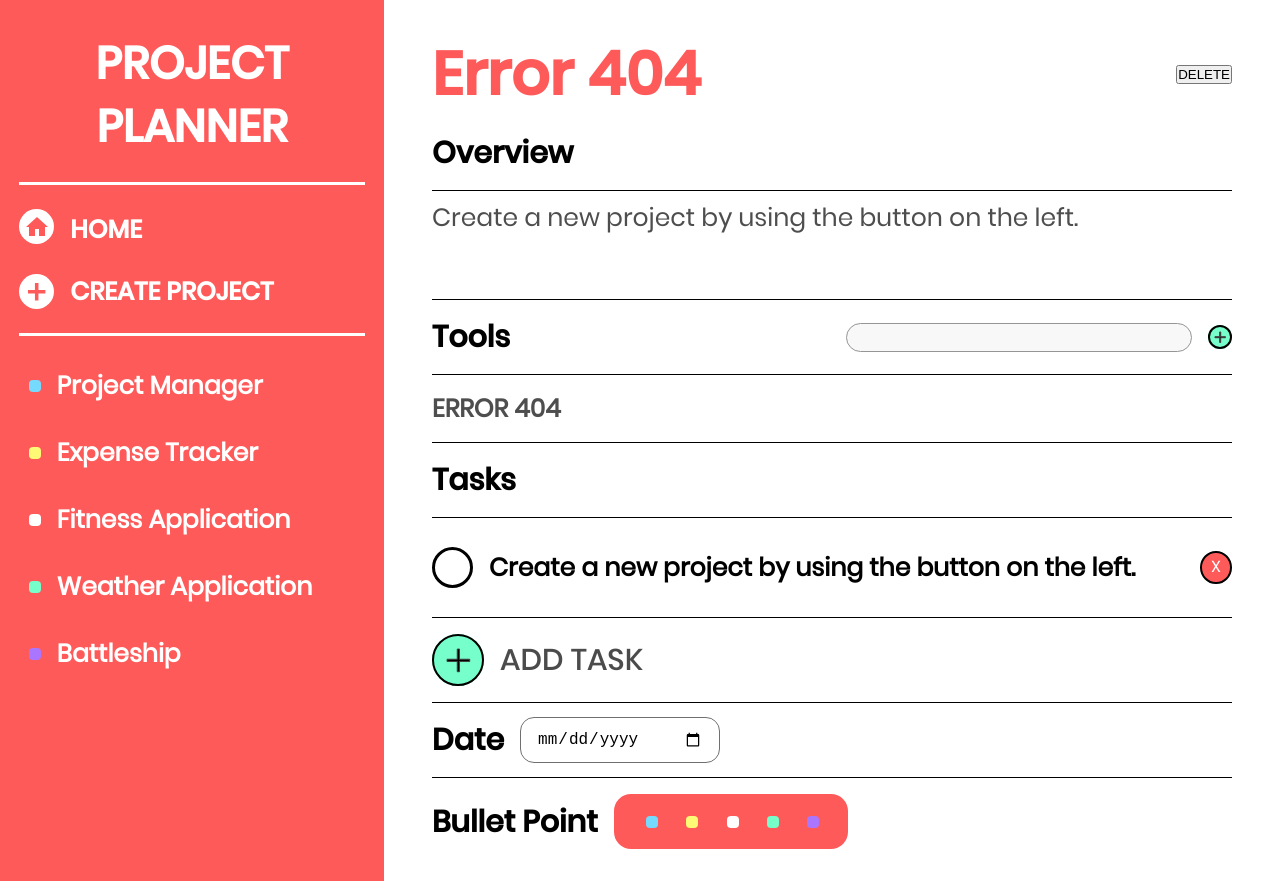
Repository: AzharMoosa/project-manager
Page: /project
The author's editor kept a copy of each file at every save. The page is drawn from the files as they stood at one save, then again after the next save.
The browser window is 1280 px wide. The pictures show the whole page.
The project was rebuilt for these pictures with package versions that can differ from the ones it lists, and the page was loaded fresh each time. A package was used in the major version that the imports need, not the one package.json lists. Also part of the build but not shown: src/components/home/ProgressBar.js, src/components/home/ProjectProgress.js, src/components/home/Home.js.

Above is the page before, as saved 2020-06-25 14:06:54.

### public/index.html
<!DOCTYPE html>
<html lang="en">
  <head>
    <meta charset="utf-8" />
    <link rel="icon" href="%PUBLIC_URL%/favicon.ico" />
    <meta name="viewport" content="width=device-width, initial-scale=1" />
    <meta name="theme-color" content="#000000" />
    <meta
      name="description"
      content="Web site created using create-react-app"
    />
    <link rel="apple-touch-icon" href="%PUBLIC_URL%/logo192.png" />

    <link rel="manifest" href="%PUBLIC_URL%/manifest.json" />

    <title>Project Planner</title>
  </head>
  <body>
    <noscript>You need to enable JavaScript to run this app.</noscript>
    <div id="root"></div>
  </body>
</html>

### src/App.js
import React from "react";
import Sidebar from "./components/sidebar/Siebar";
import Main from "./components/Main";
import Modal from "./components/modal/Modal";
import { ProjectProvider } from "./ProjectContext";
import { SelectedProjectProvider } from "./SelectedProjectContext";
import { BrowserRouter } from "react-router-dom";

import "./App.css";

function App() {
  return (
    <BrowserRouter>
      <ProjectProvider>
        <SelectedProjectProvider>
          <div className='container'>
            <Sidebar />
            <Main />
            <Modal />
          </div>
        </SelectedProjectProvider>
      </ProjectProvider>
    </BrowserRouter>
  );
}

export default App;

### src/components/sidebar/Siebar.js
import React from "react";
import Header from "./Header";
import ProjectList from "../project-list/ProjectList";

const Siebar = () => {
  return (
    <div className='sidebar'>
      <Header />
      <ProjectList />
    </div>
  );
};

export default Siebar;

### src/components/Main.js
import React from "react";
import { Switch, Route } from "react-router-dom";
import Home from "./home/Home";
import CurrentProject from "./current-project/CurrentProject";

const Main = () => {
  return (
    <Switch>
      <Route exact path='/' component={Home}></Route>
      <Route exact path='/project' component={CurrentProject}></Route>
    </Switch>
  );
};

export default Main;

### src/components/modal/Modal.js
import React, { useContext, useState } from "react";
import { ProjectContext } from "../../ProjectContext";

const Modal = () => {
  // eslint-disable-next-line
  const [projects, setProjects] = useContext(ProjectContext);
  const [projectTitle, setProjectTitle] = useState("");
  const [projectOverview, setProjectOverview] = useState("");

  const hidePopup = () => {
    let popup = document.querySelector(".create-project-popup");
    popup.classList.add("hide");
  };

  const createProject = (e) => {
    if (projectTitle === "") {
      return;
    }
    e.preventDefault();
    let newProject = {
      name: projectTitle,
      overview: projectOverview,
      tools: [],
      progress: 0,
      tasks: [],
      color: "white",
      date: "",
      id: Math.floor(Math.random() * 100),
    };
    setProjects((projects) => [...projects, newProject]);
    setProjectTitle("");
    setProjectOverview("");
    clearTitleInput();
    clearOverviewInput();
    hidePopup();
  };

  const clearTitleInput = () => {
    let titleInput = document.querySelector(".title-input");
    titleInput.value = "";
  };

  const clearOverviewInput = () => {
    let overviewInput = document.querySelector(".overview-input");
    overviewInput.value = "";
  };

  return (
    <div className='create-project-popup hide'>
      <div className='create-project-popup-content'>
        <h1>CREATE PROJECT</h1>
        <form className='form-input'>
          <label htmlFor='title'>PROJECT TITLE</label>
          <input
            type='text'
            onChange={(e) => setProjectTitle(e.target.value)}
            className='title-input'
          />
          <label htmlFor='title'>PROJECT OVERVIEW</label>
          <textarea
            type='text'
            onChange={(e) => setProjectOverview(e.target.value)}
            className='overview-input'
          />
          <button className='create-btn' onClick={createProject}>
            CREATE
          </button>
        </form>
      </div>
    </div>
  );
};

export default Modal;

### src/ProjectContext.js
import React, { useState, createContext } from "react";

export const ProjectContext = createContext();

export const ProjectProvider = (props) => {
  const [projects, setProjects] = useState([
    {
      name: "Project Manager",
      overview:
        "A project management application which allows you to plan personal projects and track its progress.  Create detail plans of projects before developing projects.",
      tools: ["HTML", "CSS", "JAVASCRIPT", "REACT"],
      progress: 57,
      tasks: [
        { task: "Create Project Plans", complete: true, id: 1 },
        { task: "Todo List for Each Project", complete: false, id: 2 },
        { task: "Track Progress", complete: true, id: 3 },
        { task: "Priority List", complete: true, id: 4 },
        { task: "Choose Tools In Each Project", complete: false, id: 5 },
        { task: "Clean And Simple Design", complete: true, id: 6 },
        { task: "Use REACT", complete: false, id: 7 },
      ],
      color: "blue",
      date: "2020-06-26",
      id: 28392,
    },

    {
      name: "Expense Tracker",
      overview:
        "A expense tracker application which allows you to budget and track your savings.  Track what expenses you have.",
      tools: ["HTML", "CSS", "JAVASCRIPT", "REACT"],
      progress: 60,
      tasks: [
        { task: "Expenses In And Out", complete: true, id: 1 },
        { task: "Current Balance", complete: false, id: 2 },
        { task: "Highest Money Out", complete: true, id: 3 },
        { task: "Clean And Simple Design", complete: true, id: 4 },
        { task: "Use REACT", complete: false, id: 5 },
      ],
      color: "yellow",
      date: "",
      id: 2032,
    },

    {
      name: "Fitness Application",
      overview:
        "A fitness application which can track workouts and meal plans. Plan exercise routines and meal plans all in one hub.",
      tools: [
        "HTML",
        "CSS",
        "JAVASCRIPT",
        "REACT",
        "NODEJS",
        "EXPRESS",
        "MONGODB",
      ],
      progress: 50,
      tasks: [
        { task: "Exercise Plan", complete: true, id: 1 },
        { task: "Diet Plan", complete: false, id: 2 },
        { task: "Clean And Simple Design", complete: true, id: 3 },
        { task: "Use REACT", complete: false, id: 4 },
      ],
      color: "white",
      date: "2020-09-30",
      id: 203234,
    },

    {
      name: "Weather Application",
      overview:
        "A weather application which can track weather and climate. See weather and climate for different locations all around the world.",
      tools: ["HTML", "CSS", "JAVASCRIPT", "REACT", "ADOBE XD"],
      progress: 50,
      tasks: [
        { task: "Weather", complete: true, id: 1 },
        { task: "Temp, Humidity, Pressure", complete: false, id: 2 },
        { task: "Clean And Simple Design", complete: true, id: 3 },
        { task: "Use REACT", complete: false, id: 4 },
      ],
      color: "green",
      date: "2020-16-12",
      id: 20327734,
    },

    {
      name: "Battleship",
      overview: "Battleship created in REACT and using Javascript Testing.",
      tools: ["HTML", "CSS", "JAVASCRIPT", "REACT", "ADOBE XD", "JEST"],
      progress: 100,
      tasks: [
        { task: "Battleship Game", complete: true, id: 1 },
        { task: "Using Testing", complete: true, id: 2 },
        { task: "Clean And Simple Design", complete: true, id: 3 },
        { task: "Use REACT", complete: true, id: 4 },
      ],
      color: "purple",
      date: "",
      id: 2027734,
    },
  ]);

  return (
    <ProjectContext.Provider value={[projects, setProjects]}>
      {props.children}
    </ProjectContext.Provider>
  );
};

### src/SelectedProjectContext.js
import React, { useState, createContext } from "react";

export const SelectedProjectContext = createContext();

export const SelectedProjectProvider = (props) => {
  const [selectedProject, setSelectedProject] = useState({
    name: "Error 404",
    overview: "Create a new project by using the button on the left.",
    tools: ["Error 404"],
    progress: 0,
    tasks: [
      {
        task: "Create a new project by using the button on the left.",
        id: 1,
        complete: false,
      },
    ],
    color: "",
    date: "",
    id: 21,
  });

  return (
    <SelectedProjectContext.Provider
      value={[selectedProject, setSelectedProject]}
    >
      {props.children}
    </SelectedProjectContext.Provider>
  );
};

### src/App.css
:root {
  --red: #ff5a5a;
  --green: #76ffca;
  --blue: #76daff;
  --yellow: #fffa76;
  --purple: #ab76ff;
}

/* CSS RESET */

* {
  margin: 0;
  padding: 0;
  box-sizing: border-box;
}

/* Fonts */

@font-face {
  font-family: "Poppins-Med";
  src: url("./fonts/Poppins-Medium.ttf");
}

@font-face {
  font-family: "Poppins-Reg";
  src: url("./fonts/Poppins-Regular.ttf");
}

/* Body */

body {
  font-family: "Poppins-Reg";
  line-height: 1.4;
}

/* Utilities */

/* Bullet Points */

.white:before,
.blue:before,
.yellow:before,
.green:before,
.purple:before {
  content: " ";
  height: 12px;
  width: 12px;
  margin-right: 1rem;
  border-radius: 4px;
}

.blue:before {
  background-color: var(--blue);
}

.yellow:before {
  background-color: var(--yellow);
}

.green:before {
  background-color: var(--green);
}

.purple:before {
  background-color: var(--purple);
}

.white:before {
  background-color: #fff;
}

/* Container */
.container {
  display: flex;
}

/* Sidebar */
.sidebar {
  width: 30vw;
  background-color: var(--red);
  min-height: 100vh;
  color: #fff;
}

.title {
  font-size: 45px;
  font-family: "Poppins-Med";
  text-align: center;
  padding-top: 2rem;
}

.nav-btns::after,
.nav-btns:before {
  content: " ";
  display: block;
  border-bottom: 3px solid #fff;
  width: 100%;
  margin: 1.5rem auto;
}

.nav-btns {
  width: 90%;
  margin: auto;
}

.home-btn,
.create-project-btn {
  display: flex;
  align-items: center;
  margin-top: 1.5rem;
}

.home-btn h3,
.create-project-btn h3 {
  margin-left: 1rem;
  font-family: "Poppins-Med";
  font-size: 25px;
}

.home-btn svg,
.create-project-btn svg {
  cursor: pointer;
}

/* Home */

.home {
  width: 70vw;
  display: flex;
  flex-direction: column;
}

.home-title {
  font-size: 80px;
  font-family: "Poppins-Med";
  color: var(--red);
  text-align: center;
  margin-top: 1rem;
}

.home-title:after {
  content: " ";
  display: block;
  border-bottom: 5px solid var(--red);
  width: 342px;
  margin: 0 auto 1.5rem auto;
}

/* Selected Project */

.selected-project {
  width: 70vw;
  display: flex;
  flex-direction: column;
  padding: 2rem 3rem;
}

.selected-project-head {
  display: flex;
  align-items: center;
  justify-content: space-between;
}

.selected-project-title {
  color: var(--red);
  font-size: 60px;
  font-family: "Poppins-Med";
}

.selected-project h3 {
  font-size: 30px;
  font-family: "Poppins-Med";
  margin-top: 1rem;
}

.selected-project-heading:after,
.tools:before {
  content: " ";
  display: block;
  border-bottom: 1px solid #000;
  padding: 0.5rem 0;
}

.overview {
  color: #4e4e4e;
  font-size: 25px;
  font-family: "Poppins-Reg";
  padding: 0.5rem 0;
  outline: none;
  border: none;
  resize: none;
}

.tools-head {
  display: flex;
  justify-content: space-between;
  align-items: center;
  border-bottom: 1px solid #000;
  padding-bottom: 1rem;
}

.tools-input {
  margin-top: 1rem;
  display: flex;
  justify-content: center;
  align-items: center;
}

.add-tools {
  width: 346px;
  height: 29px;
  background-color: #f8f8f8;
  border: 1px solid #959595;
  border-radius: 15px;
  margin-right: 1rem;
  font-size: 15px;
  outline: none;
  padding: 0 1rem;
}

.add-tool-btn {
  cursor: pointer;
}

.tools-body {
  text-transform: uppercase;
  border-bottom: 1px solid #000;
}

.tools-body h3 {
  font-family: "Poppins-Reg";
  padding-bottom: 1rem;
  color: #4e4e4e;
  font-size: 25px;
}

.tasks-title {
  display: flex;
  align-items: center;
  border-bottom: 1px solid #000;
  padding-bottom: 1rem;
}

.bullet-point {
  border-radius: 50%;
  width: 41px;
  height: 41px;
  border: 3px solid #000;
  cursor: pointer;
  margin-right: 1rem;
}

.complete {
  background: var(--blue);
}

.not-complete {
  background: #fff;
}

.task {
  display: flex;
  justify-content: space-between;
  align-items: center;
}

.task-name {
  width: 100%;
  display: flex;
  align-items: center;
}

.task-name h3 {
  font-size: 25px;
  font-family: "Poppins-Reg";
  margin-bottom: 1rem;
}

.tasks {
  margin: 1rem 0;
}

.delete-task-btn {
  cursor: pointer;
  border-radius: 50%;
  width: 33px;
  height: 33px;
  border: 2px solid #000;
  cursor: pointer;
  background-color: var(--red);
  color: #fff;
  display: flex;
  justify-content: center;
  align-items: center;
}

.add-tasks {
  border-top: 1px solid #000;
  border-bottom: 1px solid #000;
  padding: 1rem 0;
  display: flex;
  align-items: center;
}

.add-tasks input {
  background: transparent;
  font-family: "Poppins-Med";
  border: none;
  font-size: 30px;
  outline: none;
  color: #000;
  margin-left: 1rem;
}

.add-tasks input::placeholder {
  color: #000;
  opacity: 0.7;
}

.add-tasks-btn {
  cursor: pointer;
  outline: none;
}

.date {
  display: flex;
  align-items: center;
  border-bottom: 1px solid #000;
}

.date h3 {
  margin-bottom: 1rem;
  margin-right: 1rem;
}

.date input {
  width: 200px;
  height: 46px;
  border-radius: 14px;
  border: 1px solid #707070;
  padding: 0 1rem;
  font-size: 16px;
}

.bullet-point-selector {
  display: flex;
  align-items: center;
}

.bullet-point-selector-bg {
  width: 234px;
  height: 55px;
  background-color: var(--red);
  margin-left: 1rem;
  margin-top: 1rem;
  display: flex;
  align-items: center;
  justify-content: space-between;
  padding-left: 2rem;
  border-radius: 17px;
}

/* Project Sidebar List */

.project-side {
  width: 85%;
  margin: 2rem auto;
  display: flex;
  align-items: center;
  cursor: pointer;
}

.project-side h3 {
  font-size: 25px;
}

/* Progress Bar */
.progressbar {
  width: 90%;
  background-color: #fff;
  border: 2px solid #2f2f2f;
  border-radius: 17px;
  margin: 0 auto 2rem auto;
}

.progressbar > div {
  background-color: var(--green);
  height: 33px;
  border-radius: 17px;
}

.progressbar > div h3 {
  display: flex;
  justify-content: flex-end;
  align-items: center;
  line-height: 1.8;
  margin-right: 1rem;
}

/* Project List */

.project-title {
  width: 90%;
  margin: 1.2rem auto;
  display: flex;
  justify-content: space-between;
}

.project-title h3 {
  font-size: 25px;
  font-family: "Poppins-Med";
}

.project-title h4 {
  font-size: 20px;
  font-family: "Poppins-Reg";
  color: #505050;
}

/* Create Project Popup */

.hide {
  display: none !important;
}

.create-project-popup {
  display: flex;
  justify-content: center;
  align-items: center;
  position: fixed;
  z-index: 1;
  left: 0;
  top: 0;
  width: 100%;
  height: 100%;
  background-color: rgb(0, 0, 0);
  background-color: rgba(99, 99, 99, 0.6);
}

.create-project-popup-content {
  background-color: var(--red);
  padding: 20px;
  border: 3px solid #343434;
  min-width: 526px;
  min-height: 617px;
  color: #fff;
  -webkit-box-shadow: 10px 10px 6px 0px rgba(0, 0, 0, 0.75);
  -moz-box-shadow: 10px 10px 6px 0px rgba(0, 0, 0, 0.75);
  box-shadow: 10px 10px 6px 0px rgba(0, 0, 0, 0.75);
}

.create-project-popup-content h1 {
  text-align: center;
}

.create-project-popup-content h1:after {
  content: " ";
  display: block;
  border-bottom: 3px solid #fff;
  width: 250px;
  margin: 0 auto 1.5rem auto;
}

.form-input {
  width: 100%;
  display: flex;
  flex-direction: column;
  justify-content: center;
}

.form-input label {
  font-size: 25px;
  font-family: "Poppins-Med";
}

.form-input input {
  height: 46px;
  background-color: transparent;
  border: 2px solid #fff;
  outline: none;
  color: #fff;
  font-size: 21px;
  padding: 0 0.5rem;
  width: 100%;
  margin-bottom: 2rem;
}

.form-input textarea {
  height: 202px;
  background-color: transparent;
  border: 2px solid #fff;
  outline: none;
  color: #fff;
  font-size: 21px;
  padding: 0.5rem 0.5rem;
  width: 100%;
  margin-bottom: 2rem;
  font-family: "Poppins-Reg";
}

.create-btn {
  background-color: var(--green);
  width: 155px;
  height: 48px;
  border-radius: 24px;
  border: none;
  font-size: 22px;
  margin: 2rem auto 0 auto;
  cursor: pointer;
  outline: none;
}

.save-btn {
  background-color: var(--green);
  width: 155px;
  height: 48px;
  border-radius: 24px;
  border: none;
  font-size: 22px;
  cursor: pointer;
  outline: none;
}

### src/components/sidebar/Header.js
import React, { useContext } from "react";
import { SelectedProjectContext } from "../../SelectedProjectContext";
import { ProjectContext } from "../../ProjectContext";
import { Link } from "react-router-dom";

const Header = () => {
  // eslint-disable-next-line
  const [selectedProject, setSelectedProject] = useContext(
    SelectedProjectContext
  );

  const [projects, setProjects] = useContext(ProjectContext);

  const updateProjects = () => {
    let updatedArray = [...projects];
    let i;
    updatedArray.map((p) =>
      p.name === selectedProject.name ? (i = projects.indexOf(p)) : null
    );
    updatedArray[i] = selectedProject;
    setProjects(updatedArray);
  };

  const displayPopup = () => {
    let popup = document.querySelector(".create-project-popup");
    popup.classList.remove("hide");
  };

  return (
    <div>
      <h1 className='title'>PROJECT PLANNER</h1>
      <div className='nav-btns'>
        <div className='home-btn'>
          <Link to='/'>
            <svg
              xmlns='http://www.w3.org/2000/svg'
              width='35'
              height='35'
              viewBox='0 0 35 35'
              onClick={updateProjects}
            >
              <g
                id='Home_Btn'
                data-name='Home Btn'
                transform='translate(-139 -182)'
              >
                <circle
                  id='Ellipse_1'
                  data-name='Ellipse 1'
                  cx='17.5'
                  cy='17.5'
                  r='17.5'
                  transform='translate(139 182)'
                  fill='#fff'
                />
                <path
                  id='icons8-home'
                  d='M12,2.1,1,12H4v9h6V14h4v7h6V12h3Z'
                  transform='translate(145 187.9)'
                  fill='#ff5a5a'
                />
              </g>
            </svg>
          </Link>
          <h3>HOME</h3>
        </div>

        <div className='create-project-btn'>
          <svg
            xmlns='http://www.w3.org/2000/svg'
            width='35'
            height='35'
            viewBox='0 0 35 35'
            onClick={displayPopup}
          >
            <g id='Group_6' data-name='Group 6' transform='translate(-50 -242)'>
              <circle
                id='Ellipse_2'
                data-name='Ellipse 2'
                cx='17.5'
                cy='17.5'
                r='17.5'
                transform='translate(50 242)'
                fill='#fff'
              />
              <path
                id='icons8-plus'
                d='M8.922,2V8.922H2v1.538H8.922v6.922h1.538V10.461h6.922V8.922H10.461V2Z'
                transform='translate(58 250)'
                fill='#ff5a5a'
                stroke='#ff5a5a'
                strokeWidth='2'
                fillRule='evenodd'
              />
            </g>
          </svg>
          <h3>CREATE PROJECT</h3>
        </div>
      </div>
    </div>
  );
};

export default Header;

### src/components/project-list/ProjectList.js
import React, { useContext } from "react";
import { ProjectContext } from "../../ProjectContext";
import ProjectSide from "./ProjectSide";

const ProjectList = () => {
  // eslint-disable-next-line
  const [projects, setProjects] = useContext(ProjectContext);

  return (
    <div>
      {projects.map((project) => (
        <ProjectSide
          name={project.name}
          color={project.color}
          key={project.id}
          project={project}
        />
      ))}
    </div>
  );
};

export default ProjectList;

### src/components/project-list/ProjectSide.js
import React, { useContext } from "react";
import { SelectedProjectContext } from "../../SelectedProjectContext";
import { ProjectContext } from "../../ProjectContext";
import { Link } from "react-router-dom";

const Project = ({ name, color, project }) => {
  // eslint-disable-next-line
  const [selectedProject, setSelectedProject] = useContext(
    SelectedProjectContext
  );

  const [projects, setProjects] = useContext(ProjectContext);

  const updateProjects = () => {
    let updatedArray = [...projects];
    let i;
    updatedArray.map((p) =>
      p.name === selectedProject.name ? (i = projects.indexOf(p)) : null
    );
    updatedArray[i] = selectedProject;
    setProjects(updatedArray);
  };

  return (
    <Link to='/project' style={{ textDecoration: "none", color: "#fff" }}>
      <div className={`project-side ${color}`}>
        <h3
          onClick={() => {
            updateProjects();
            setSelectedProject(project);
          }}
        >
          {name}
        </h3>
      </div>
    </Link>
  );
};

export default Project;

### src/components/current-project/Task.js
import React from "react";

const Task = ({ task, toggleComplete, id, deleteTask }) => {
  return (
    <div className='task'>
      <div className='task-name'>
        <div
          id={id}
          onClick={toggleComplete}
          className={`bullet-point ${
            task.complete ? "complete" : "not-complete"
          }`}
        ></div>
        <h3>{task.task}</h3>
      </div>
      <div className='delete-task-btn' onClick={deleteTask} id={id}>
        X
      </div>
    </div>
  );
};

export default Task;

Loaded but not shown: src/index.js (common file); src/components/current-project/CurrentProject.js (277 lines, source omitted)

After the next save:
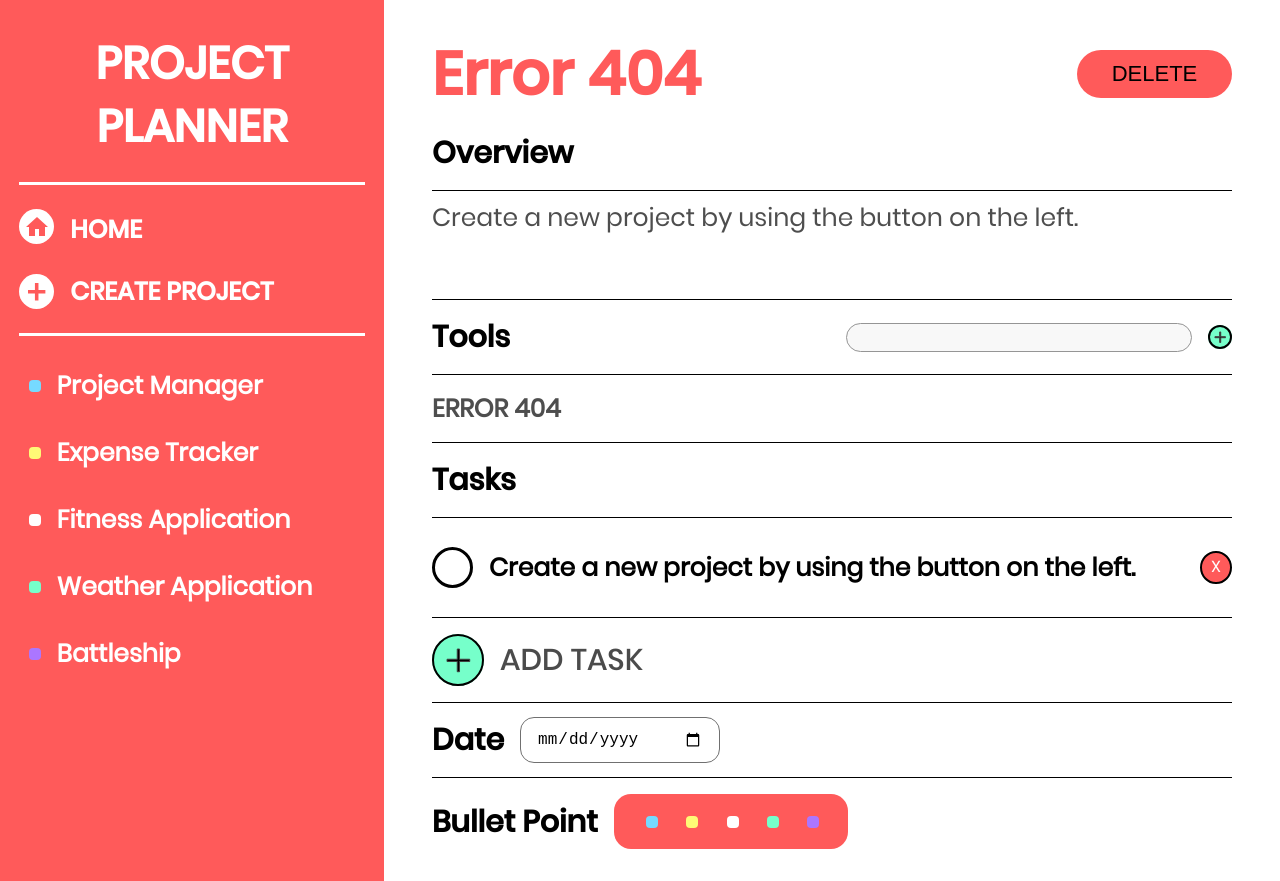
Saved 8 s later.
--- a/src/App.css
+++ b/src/App.css
@@ -510,8 +510,8 @@ body {
   outline: none;
 }
 
-.save-btn {
-  background-color: var(--green);
+.delete-btn {
+  background-color: var(--red);
   width: 155px;
   height: 48px;
   border-radius: 24px;
